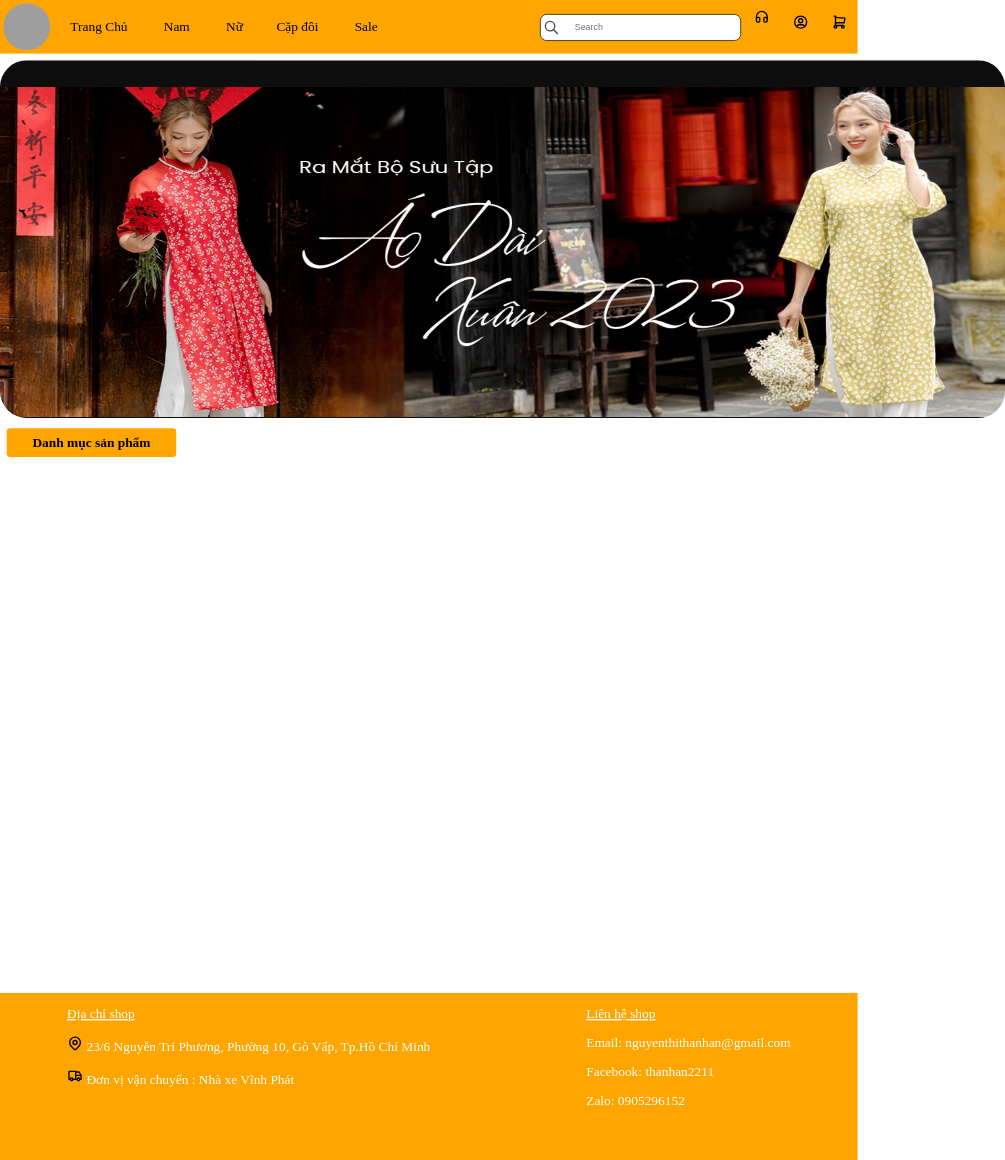
Repository: manhhieu120499/test-page
Page: index.html
These files come from the project's save history. The page is drawn as it stood at one moment and after a run of saves; the edit follows.
The browser window is 1280 px wide. The page is 1500 px wide, so the pictures cover 1500 px, including what lies to the right of the window. The pictures show the whole page, at 67% of full size.
Pictures or frames that could not be fetched are drawn as grey boxes.

Above is the page before, as saved 2023-01-12 00:47:02.

After the next 5 saves:
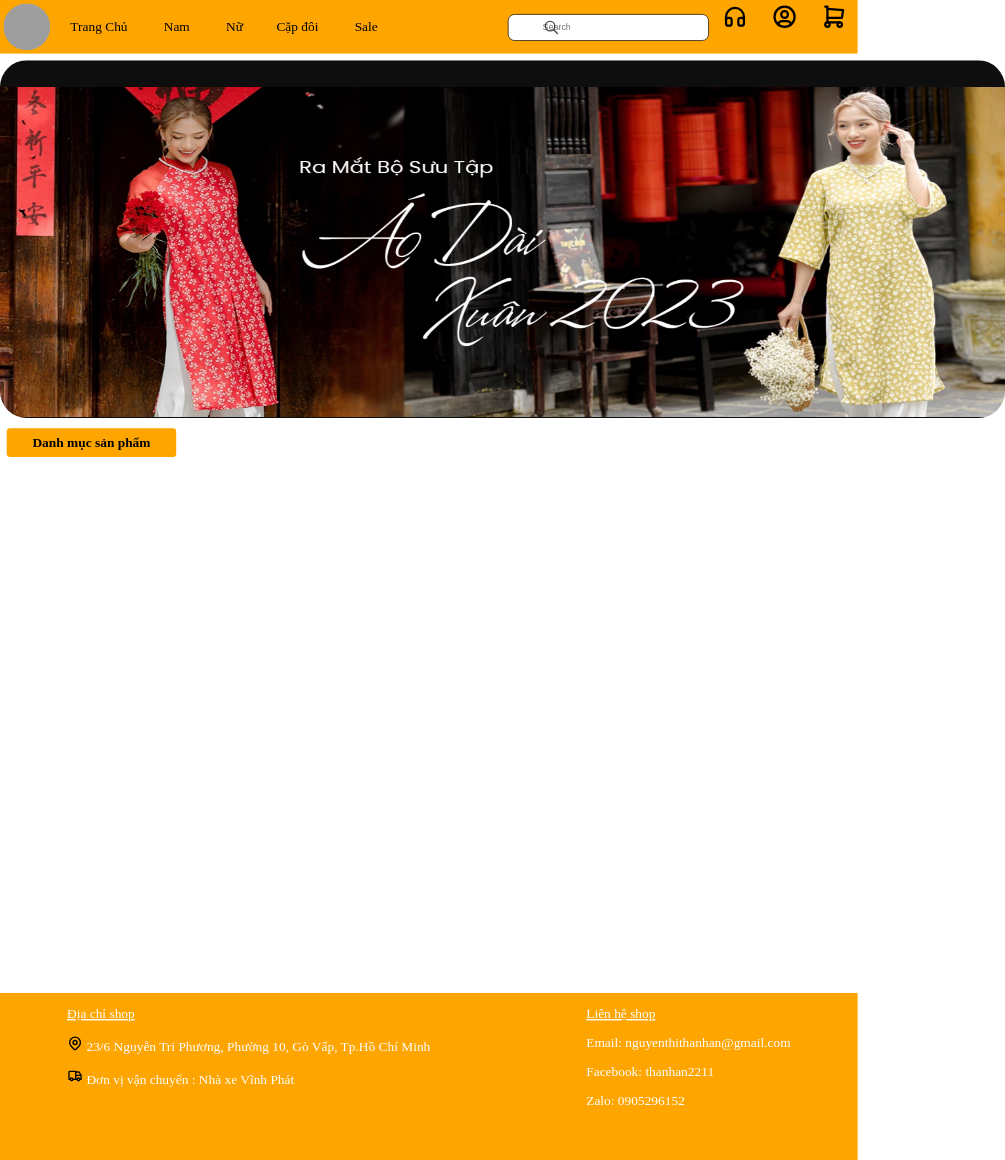
The 5 saves are shown as one change because they came seconds apart.
The last was saved 16 s later.
--- a/index.html
+++ b/index.html
@@ -34,7 +34,7 @@
                  </svg>
             </a>
             <a href="#" class="telesale">
-                <svg xmlns="http://www.w3.org/2000/svg" class="icon icon-tabler icon-tabler-headphones" width="24"
+                <svg xmlns="http://www.w3.org/2000/svg" class="icon icon-tabler icon-tabler-headphones" width="40"
                     height="40" viewBox="0 0 24 24" stroke-width="2" stroke="currentColor" fill="none"
                     stroke-linecap="round" stroke-linejoin="round">
                     <path stroke="none" d="M0 0h24v24H0z" fill="none"></path>
@@ -44,8 +44,8 @@
                 </svg>
             </a>
             <a href="#" class="person">
-                <svg xmlns="http://www.w3.org/2000/svg" class="icon icon-tabler icon-tabler-user-circle" width="24"
-                    height="24" viewBox="0 0 24 24" stroke-width="2" stroke="currentColor" fill="none"
+                <svg xmlns="http://www.w3.org/2000/svg" class="icon icon-tabler icon-tabler-user-circle" width="40"
+                    height="40" viewBox="0 0 24 24" stroke-width="2" stroke="currentColor" fill="none"
                     stroke-linecap="round" stroke-linejoin="round">
                     <path stroke="none" d="M0 0h24v24H0z" fill="none"></path>
                     <circle cx="12" cy="12" r="9"></circle>
@@ -54,8 +54,8 @@
                 </svg>
             </a>
             <a href="#" class="shopping-cart">
-                <svg xmlns="http://www.w3.org/2000/svg" class="icon icon-tabler icon-tabler-shopping-cart" width="24"
-                    height="24" viewBox="0 0 24 24" stroke-width="2" stroke="currentColor" fill="none"
+                <svg xmlns="http://www.w3.org/2000/svg" class="icon icon-tabler icon-tabler-shopping-cart" width="40"
+                    height="40" viewBox="0 0 24 24" stroke-width="2" stroke="currentColor" fill="none"
                     stroke-linecap="round" stroke-linejoin="round">
                     <path stroke="none" d="M0 0h24v24H0z" fill="none"></path>
                     <circle cx="6" cy="19" r="2"></circle>
